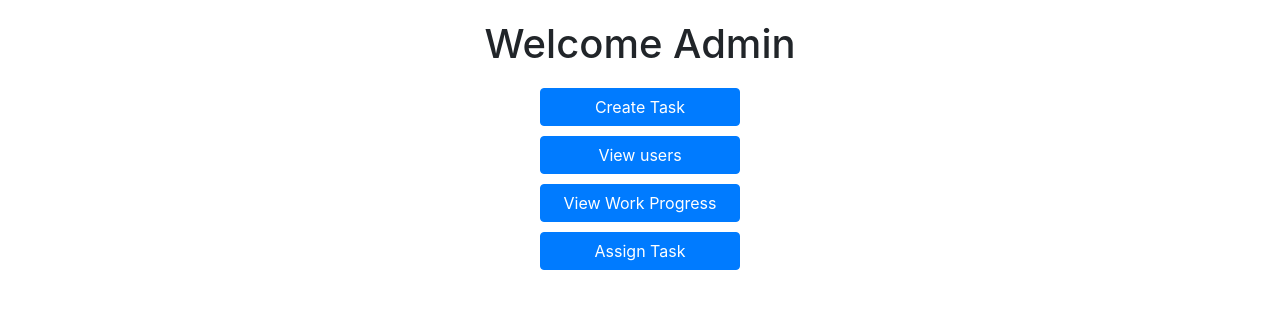
Repository: neha-rouniyar/taskmgmt
Page: http://localhost/admin-dashboard
These files come from the project's save history. The page is drawn as it stood at one moment and after a run of saves; the edit follows.
The browser window is 1280 px wide. The pictures show the whole page.
Some web libraries are served in a nearby version. The page is served by the project's Laravel application, run on PHP 8.4 with Laravel 10.

Above is the page before, as saved 2023-12-16 11:54:25.

After the next 6 saves:
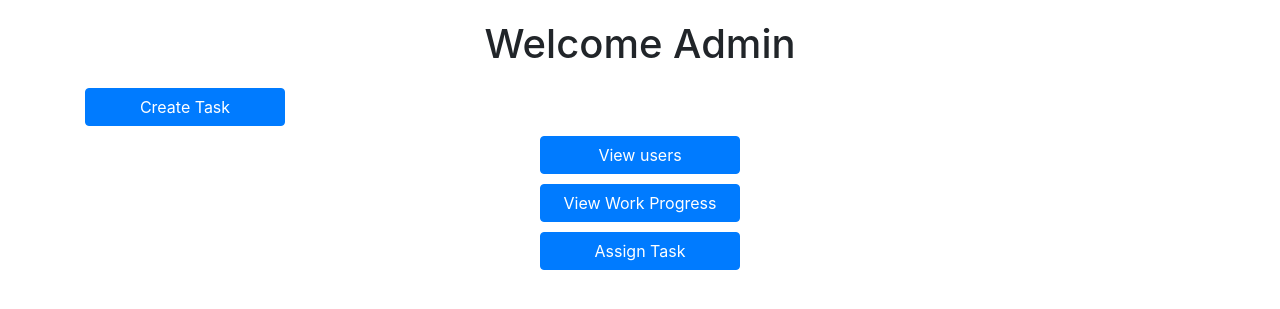
The 6 saves are shown as one change because they came seconds apart.
The last was saved 20 s later.
--- a/resources/views/admin/dashboard.blade.php
+++ b/resources/views/admin/dashboard.blade.php
@@ -36,9 +36,8 @@
     <div class="container text-center">
         <h1>Welcome Admin</h1>
         <div class="btn-container">
-            <a href="{{route('admin.create.task')}}">
+
                 <button type="button" class="btn btn-primary" data-toggle="modal" data-target="#exampleModal">Create Task</button>
-            </a>
             <a href="{{route('admin.view.users')}}">
                 <button type="button" class="btn btn-primary">View users</button>
             </a>
@@ -50,7 +49,8 @@
             </a>
         </div>
     </div>
-    <form action="">
+    <form action="{{route('admin.create.task')}}" method="POST">
+        @csrf
     <div class="modal fade" id="exampleModal" tabindex="-1" role="dialog" aria-labelledby="exampleModalLabel" aria-hidden="true">
         <div class="modal-dialog" role="document">
           <div class="modal-content">
